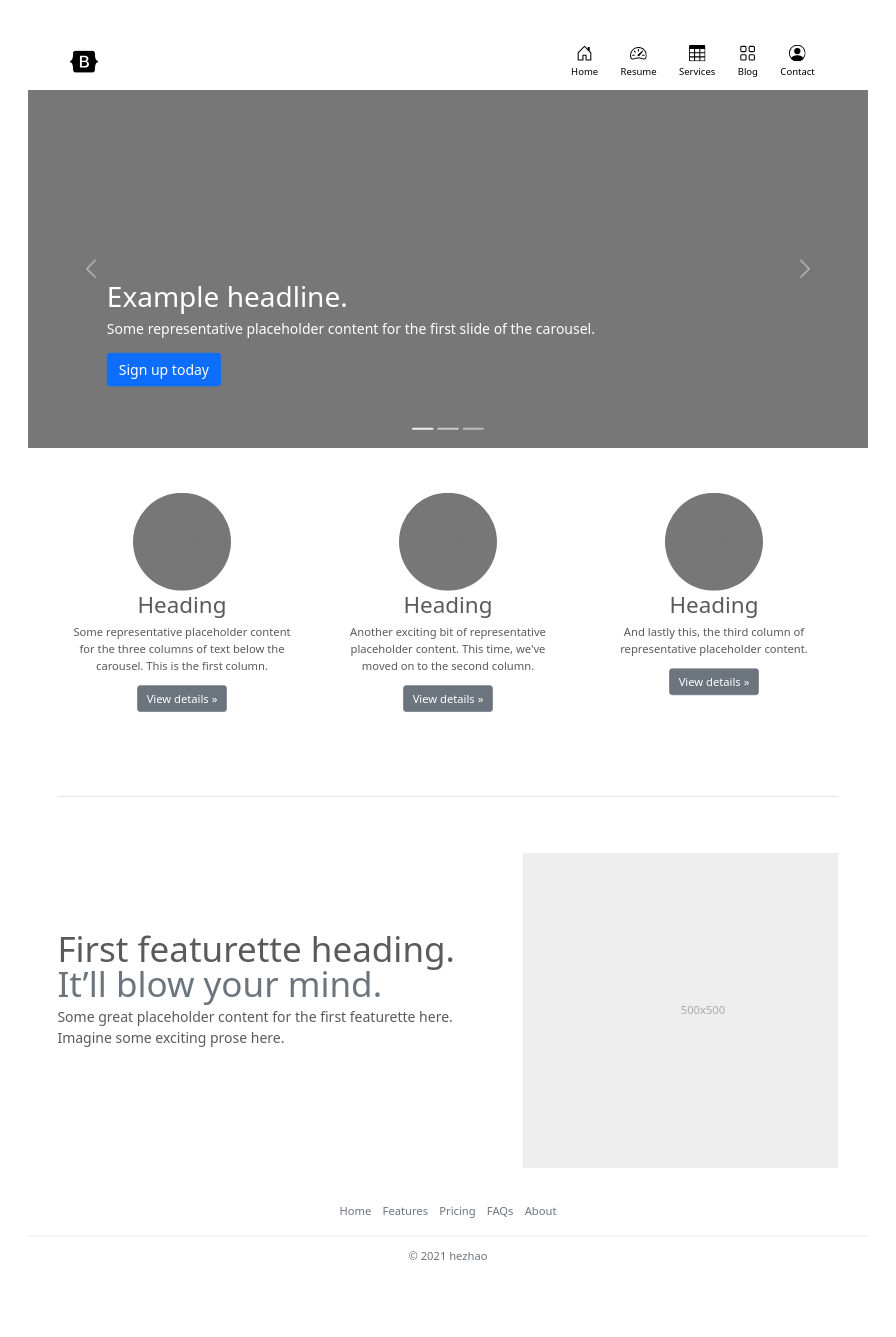
Repository: HeZhao-hugh/personal-web
Page: index.html
These files come from the project's save history. The page is drawn as it stood at one moment and after the next save; the edit follows.
The browser window is 1280 px wide. The pictures show the whole page, at 70% of full size.

Above is the page before, as saved 2022-01-19 18:25:50.

After the next save:
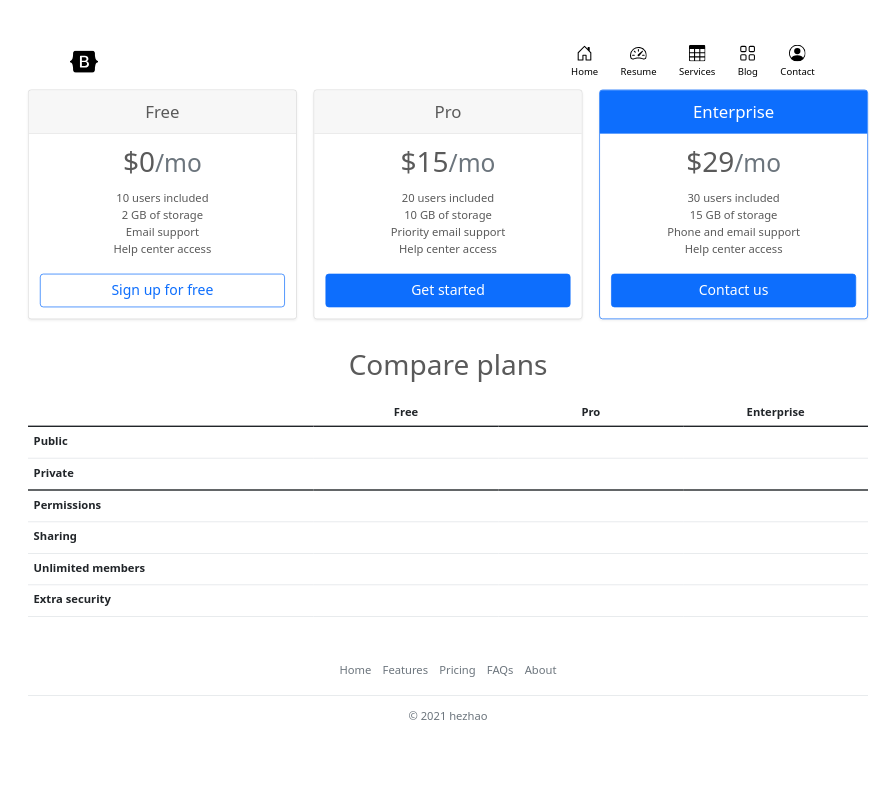
Saved 15 s later.
--- a/index.html
+++ b/index.html
@@ -106,7 +106,7 @@
         <!-- pages -->
         <div class="pages">
             <!-- Home page -->
-            <div id="Home" class="page page--active">
+            <div id="Home" class="page ">
                 <div id="myCarousel" class="carousel slide" data-bs-ride="carousel">
                     <div class="carousel-indicators">
                         <button type="button" data-bs-target="#myCarousel" data-bs-slide-to="0" class="active"
@@ -253,7 +253,7 @@
             </div>
 
             <!-- home2 -->
-            <div id="Home" class="page">
+            <div id="Home" class="page page--active">
                 <div class="row row-cols-1 row-cols-md-3 mb-3 text-center">
                     <div class="col">
                         <div class="card mb-4 rounded-3 shadow-sm">
